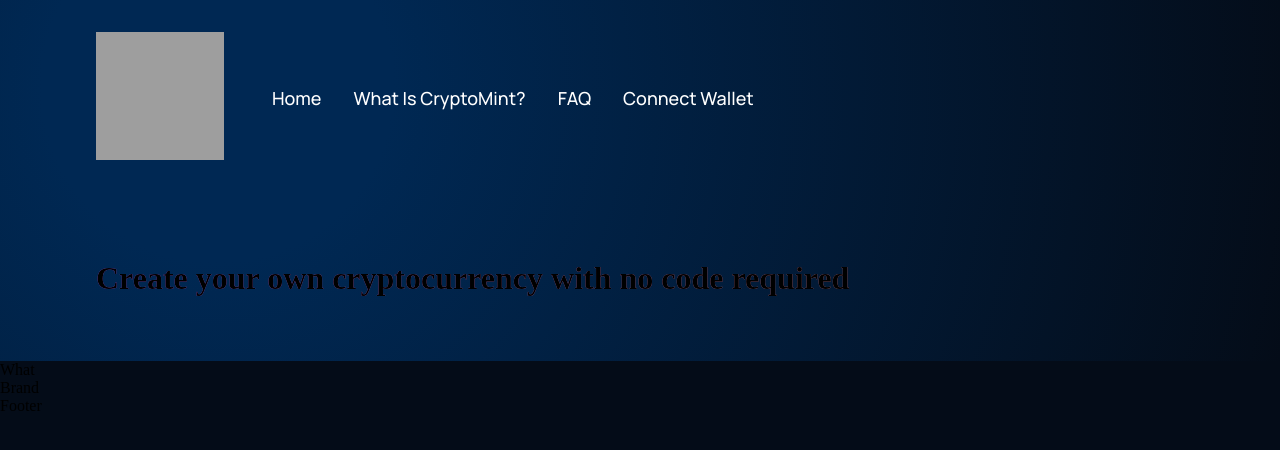
Repository: alexbanilean/SmartHack2022-React-App
Page: /
The author's editor kept a copy of each file at every save. The page is drawn from the files as they stood at one save, then again after a run of saves.
The browser window is 1280 px wide. The pictures show the whole page.
Pictures or frames that could not be fetched are drawn as grey boxes. The project was rebuilt for these pictures with package versions that can differ from the ones it lists, and the page was loaded fresh each time. Also part of the build but not shown: src/components/article/Article.jsx, src/components/cta/CTA.jsx, src/components/feature/feature.css, src/components/feature/Feature.jsx, src/containers/wallet/Wallet.jsx, src/containers/header/header.css, src/containers/footer/footer.css, src/containers/faq/FAQ.jsx and 1 more.

Above is the page before, as saved 2022-11-05 23:50:59.

### public/index.html
<!DOCTYPE html>
<html lang="en">
  <head>
    <meta charset="utf-8" />
    <link rel="icon" href="%PUBLIC_URL%/favicon.ico" />
    <meta name="viewport" content="width=device-width, initial-scale=1" />
    <meta name="theme-color" content="#000000" />
    <meta name="description" content="Web site created using create-react-app" />
    <link rel="apple-touch-icon" href="%PUBLIC_URL%/logo192.png" />
    <!--
      manifest.json provides metadata used when your web app is installed on a
      user's mobile device or desktop. See https://developers.google.com/web/fundamentals/web-app-manifest/
    -->
    <link rel="manifest" href="%PUBLIC_URL%/manifest.json" />
    <!--
      Notice the use of %PUBLIC_URL% in the tags above.
      It will be replaced with the URL of the `public` folder during the build.
      Only files inside the `public` folder can be referenced from the HTML.

      Unlike "/favicon.ico" or "favicon.ico", "%PUBLIC_URL%/favicon.ico" will
      work correctly both with client-side routing and a non-root public URL.
      Learn how to configure a non-root public URL by running `npm run build`.
    -->
    <title>React App</title>
  </head>
  <body>
    <div id="root"></div>
  </body>
</html>

### src/index.js
import React from 'react';
import ReactDOM from 'react-dom';
// import { useState } from 'react';
// import createContext from 'react';

import App from './App';
import './index.css';

ReactDOM.render(<App />, document.getElementById('root'));

### src/App.js
import React from 'react'

import { Article, Brand, CTA, Feature, Navbar } from './components'
import { Footer, What, Header, FAQ, Wallet} from './containers'
import './App.css'

const App = () => {
  return (
    <div className='App'>
        <div className='gradient__bg'>
          <Navbar />
          <Header />
        </div>
        <What />
        <Brand />
        <Footer />
    </div>
  )
}

export default App

### src/containers/index.js
export { default as Wallet } from './wallet/Wallet';
export { default as Header } from './header/Header';
export { default as Footer } from './footer/Footer';
export { default as FAQ } from './faq/FAQ';
export { default as What } from './what/What';

### src/App.css
* {
    box-sizing: border-box;
    padding: 0;
    margin: 0;
    scroll-behavior: smooth;
}

body {
    background: var(--color-bg);
}

a {
    color: unset;
    text-decoration: none;
}

.gradient__bg {
        /* ff 3.6+ */
        background:-moz-radial-gradient(circle at 17% 24%, rgba(0, 40, 83, 1) 16%, rgba(4, 12, 24, 1) 100%);

        /* safari 5.1+,chrome 10+ */
        background:-webkit-radial-gradient(circle at 17% 24%, rgba(0, 40, 83, 1) 16%, rgba(4, 12, 24, 1) 100%);

        /* opera 11.10+ */
        background:-o-radial-gradient(circle at 17% 24%, rgba(0, 40, 83, 1) 16%, rgba(4, 12, 24, 1) 100%);

        /* ie 10+ */
        background:-ms-radial-gradient(circle at 17% 24%, rgba(0, 40, 83, 1) 16%, rgba(4, 12, 24, 1) 100%);

        /* global 92%+ browsers support */
        background:radial-gradient(circle at 17% 24%, rgba(0, 40, 83, 1) 16%, rgba(4, 12, 24, 1) 100%);
}

.gradient__text {
    background: var(--gradient-text);
    background-clip: text;
    --webkit-background-clip: text;
    --webkit-text-fill-color: transparent;
}

.section__padding {
    padding: 4rem 6rem;
}

.section__margin {
    margin: 4rem 6rem;
}

.flip-vertical-bck {
	-webkit-animation: flip-vertical-bck 0.4s cubic-bezier(0.455, 0.030, 0.515, 0.955) both;
	        animation: flip-vertical-bck 0.4s cubic-bezier(0.455, 0.030, 0.515, 0.955) both;
}

@-webkit-keyframes flip-vertical-bck {
0% {
    -webkit-transform: translateZ(0) rotateY(0);
            transform: translateZ(0) rotateY(0);
}
100% {
    -webkit-transform: translateZ(-260px) rotateY(-180deg);
            transform: translateZ(-260px) rotateY(-180deg);
}
}
@keyframes flip-vertical-bck {
0% {
    -webkit-transform: translateZ(0) rotateY(0);
            transform: translateZ(0) rotateY(0);
}
100% {
    -webkit-transform: translateZ(-260px) rotateY(-180deg);
            transform: translateZ(-260px) rotateY(-180deg);
}
}

@media screen and (max-width: 700px) {
    .section__padding {
        padding: 4rem 2rem;
    }

    .section__margin {
        padding: 4rem 2rem;
    }
}

### src/components/navbar/Navbar.jsx
import React from 'react'
import './navbar.css'
import { RiMenu3Line, RiCloseLine } from 'react-icons/ri';
import logo from '../../assets/logo.svg'
import { useState } from 'react'

const Menu = () => (
  <>
  <p><a href="#home">Home</a></p>
  <p><a href="#what">What is CryptoMint?</a></p>
  <p><a href="#faq">FAQ</a></p>
  <p><a href="#wallet">Connect Wallet</a></p>
  </>
)

const Navbar = () => {
  const [toggleMenu, setToggleMenu] = useState(false);

  return (
    <div className='ckmint__navbar'>
      <div className='ckmint__navbar-links'>
        <div className='ckmint__navbar-links-logo'>
          <img src={logo} alt='logo' />
        </div>
        <div className='ckmint__navbar-links_container'>
          <Menu />
        </div>
      </div>
      <div className='ckmint__navbar-menu'>
        {toggleMenu
          ? <RiCloseLine color='#fff' size={27} onClick={() => setToggleMenu(false)} />
          : <RiMenu3Line color='#fff' size={27} onClick={() => setToggleMenu(true)} />
        }
        {toggleMenu && (
          <div className="ckmint__navbar-menu_container scale-up-center">
            <div className='ckmint__navbar-menu_container-links'>
              <Menu />
            </div>
          </div>
        )}
      </div>
    </div>
  )
}

export default Navbar

### src/containers/header/Header.jsx
import React from 'react'
import './header.css'

const Header = () => {
  return (
    <div className='ckmint__header section__padding' id='home'>
      <div className='ckmint__header-content'>
        <h1 className='gradient__text'>Create your own cryptocurrency with no code required</h1>
      </div>
    </div>
  )
}

export default Header

### src/containers/what/What.jsx
import React from 'react'
import './what.css'

const What = () => {
  return (
    <div>What</div>
  )
}

export default What

### src/components/navbar/navbar.css
.ckmint__navbar {
    display: flex;
    justify-content: space-between;
    align-items: center;

    padding: 2rem 6rem;
}

.ckmint__navbar-links {
    flex: 1;
    display: flex;
    justify-content: flex-start;
    align-items: center;
}

.ckmint__navbar-links-logo {
    margin-right: 2rem;
}

.ckmint__navbar-links-logo img {
    width: 128px;
    height: 128px;
}

.ckmint__navbar-links_container {
    display: flex;
    flex-direction: row;
}

.ckmint__navbar-links_container p,
.ckmint__navbar-menu_container p {
    color: #fff;
    font-family: var(--font-family);
    font-weight: 500;
    font-size: 18px;
    line-height: 25px;
    text-transform: capitalize;

    margin: 0 1rem;
    cursor: pointer;
}

.ckmint__navbar-menu {
    margin-left: 1rem;
    display: none;
    position: relative;
}

.ckmint__navbar-menu svg {
    cursor: pointer;
}

.ckmint__navbar-menu_container {
    display: flex;
    justify-content: flex-end;
    align-items: flex-end;
    flex-direction: column;
    text-align: end;
    background: var(--color-footer);
    padding: 2rem;
    position: absolute;
    top: 40px;
    right: 0;
    margin-top: 1rem;
    min-width: 210px;
    border-radius: 5px;
    box-shadow: 0 0 5 rgba(0, 0, 0.2);
}

.ckmint__navbar-menu_container p {
    margin: 1rem 0;
}

@media screen and (max-width:1050px) {
    .ckmint__navbar-links_container {
        display: none;
    }

    .ckmint__navbar-menu {
        display: flex;
    }
}

@media screen and (max-width:700px) {
    .ckmint__navbar {
        padding: 2rem 4rem;
    }
}

@media screen and (max-width:700px) {
    .ckmint__navbar {
        padding: 2rem;
    }

    .ckmint__navbar-menu_container {
        top: 20px;
    }
}

Loaded but not shown: src/index.css (common file); src/components/index.js (common file); src/components/brand/Brand.jsx (common file); src/containers/footer/Footer.jsx (common file); src/containers/header/header.css (no copy from this time; the picture is the same without it); src/components/article/article.css (no stored copy; drawn as an empty file); src/components/brand/brand.css (no stored copy; drawn as an empty file); src/components/cta/cta.css (no stored copy; drawn as an empty file); src/containers/faq/faq.css (no stored copy; drawn as an empty file); src/containers/wallet/wallet.css (no stored copy; drawn as an empty file)

After the next 3 saves:
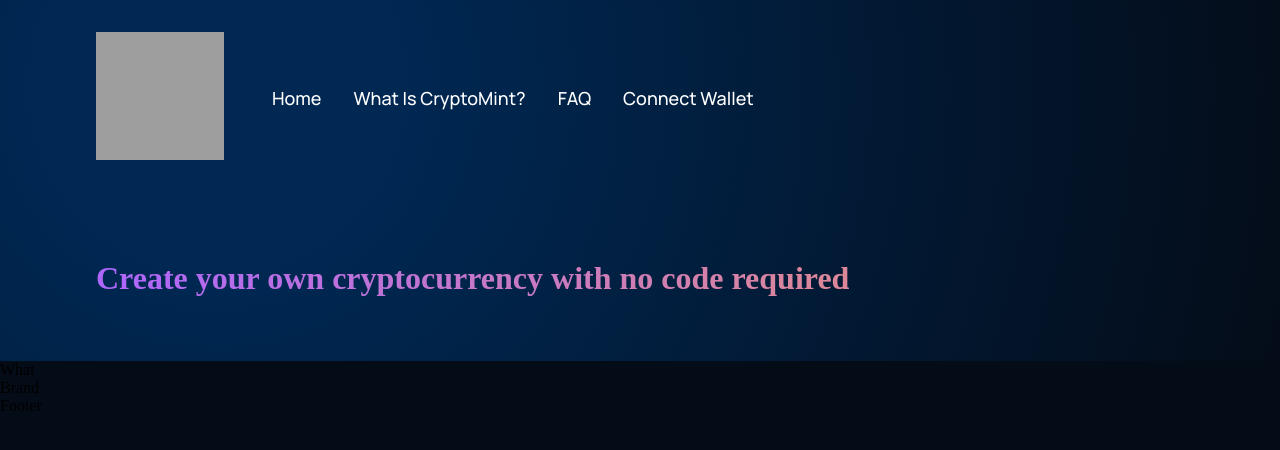
The 3 saves are shown as one change because they came seconds apart.
The last was saved 93 s later.
--- a/src/App.css
+++ b/src/App.css
@@ -34,8 +34,8 @@
 .gradient__text {
     background: var(--gradient-text);
     background-clip: text;
-    --webkit-background-clip: text;
-    --webkit-text-fill-color: transparent;
+    -webkit-background-clip: text;
+    -webkit-text-fill-color: transparent;
 }
 
 .section__padding {
